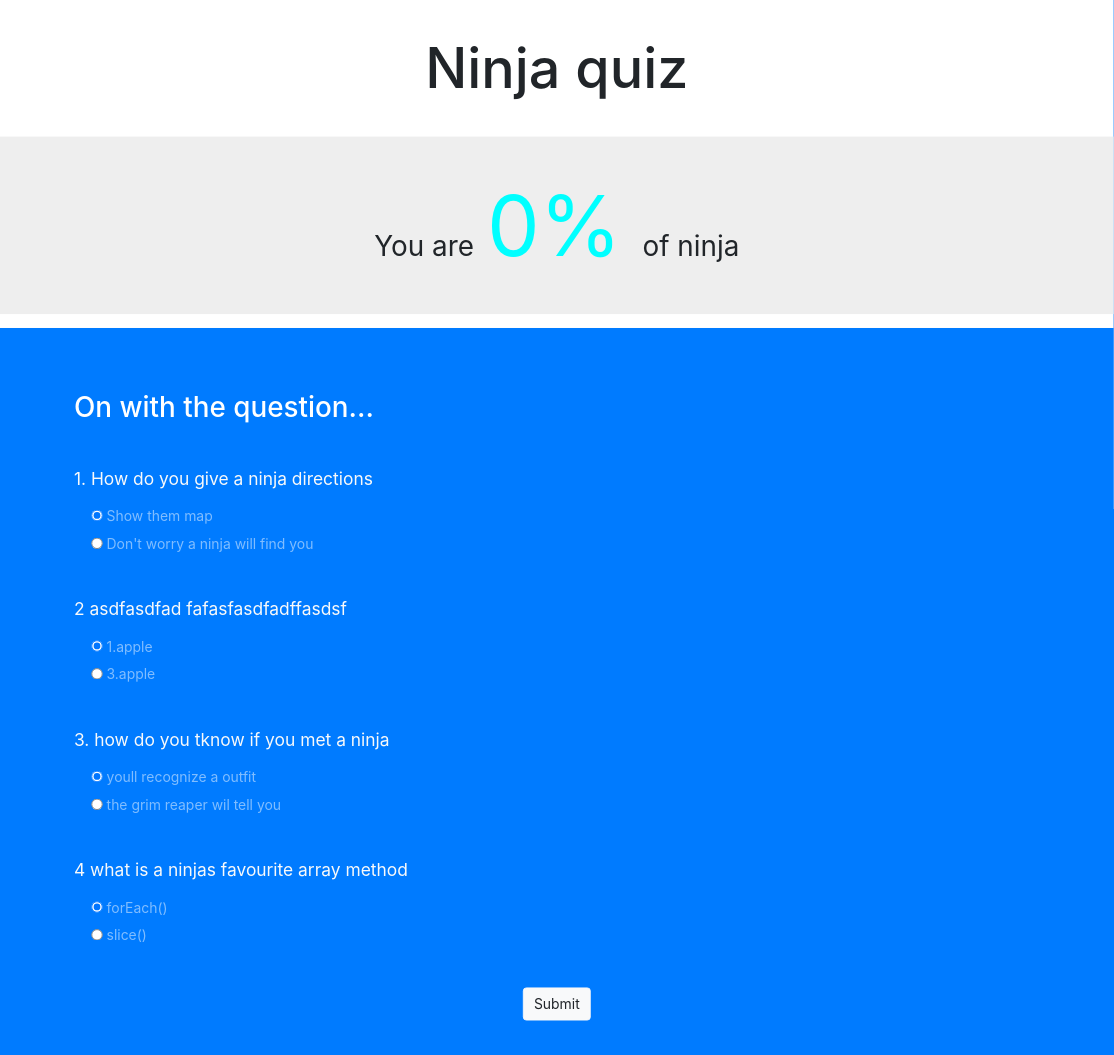
Repository: ajgors/config
Page: Nauka Js/Projekty/Quiz/index.html
An editor plug-in stored every save of this project. The page is shown before and after the next save, followed by the edit.
The browser window is 1280 px wide. The pictures show the whole page, at 87% of full size.

Above is the page before, as saved 2019-08-11 18:19:24.

### Nauka Js/Projekty/Quiz/index.html
<!DOCTYPE html>
<html lang="en">

<head>
    <meta charset="UTF-8">
    <meta name="viewport" content="width=device-width, initial-scale=1.0">
    <meta http-equiv="X-UA-Compatible" content="ie=edge">
    <title>Document</title>
    <link rel="stylesheet" href="https://stackpath.bootstrapcdn.com/bootstrap/4.3.1/css/bootstrap.min.css"
        integrity="sha384-ggOyR0iXCbMQv3Xipma34MD+dH/1fQ784/j6cY/iJTQUOhcWr7x9JvoRxT2MZw1T" crossorigin="anonymous">
        <link rel="stylesheet" href="css.css">
</head>

<body>
    <!-- Header -->
    <!-- <div class="intro py-3 bg-white text-center">
        <div class="container">
            <h2 class="text-primary display-3 my-4">Ninja Quiz</h2>
        </div>
    </div> -->

    <header class="header">
        <h1 class="header__title">Ninja quiz</h1>
    </header>

    <!-- Result -->
    <!-- <div class="result py-4 d-none bg-light text-center">
        <div class="container lead">
            <p>You are <span class="text-primary display-4 p-3">0%</span>Ninja</p>
        </div>
    </div> -->

    <div class="result">
        <p class="result__paragraph">You are<span class="result__span">0%</span> of ninja</p>
    </div>

    <!-- Form -->
    <div class="quiz py-4 bg-primary">
        <div class="container">
            <h2 class="my-5 text-white">On with the question...</h2>
            <form action="" class="quiz-form text-light">
                <div class="my-5">
                    <p class="lead font-weight-normal">1. How do you give a ninja directions</p>
                    <div class="form-check my-2 text-white-50">
                        <input type="radio" name='q1' value='A' checked>
                        <label for="" class="form-check-label">Show them map</label>
                    </div>
                    <div class="form-check my-2 text-white-50">
                        <input type="radio" name='q1' value='B'>
                        <label for="" class="form-check-label">Don't worry a ninja will find you</label>
                    </div>
                </div>
                <div class="my-5">
                    <p class="lead font-weight-normal">2 asdfasdfad fafasfasdfadffasdsf</p>
                    <div class="form-check my-2 text-white-50">
                        <input type="radio" name='q2' value='A' checked>
                        <label for="" class="form-check-label">1.apple</label>
                    </div>
                    <div class="form-check my-2 text-white-50">
                        <input type="radio" name='q2' value='B'>
                        <label for="" class="form-check-label">3.apple</label>
                    </div>
                </div>
                <div class="my-5">
                    <p class="lead font-weight-normal">3. how do you tknow if you met a ninja</p>
                    <div class="form-check my-2 text-white-50">
                        <input type="radio" name='q3' value='A' checked>
                        <label for="" class="form-check-label">youll recognize a outfit</label>
                    </div>
                    <div class="form-check my-2 text-white-50">
                        <input type="radio" name='q3' value='B'>
                        <label for="" class="form-check-label">the grim reaper wil tell you</label>
                    </div>
                </div>
                <div class="my-5">
                    <p class="lead font-weight-normal">4 what is a ninjas favourite array method</p>
                    <div class="form-check my-2 text-white-50">
                        <input type="radio" name='q4' value='A' checked>
                        <label for="" class="form-check-label">forEach()</label>
                    </div>
                    <div class="form-check my-2 text-white-50">
                        <input type="radio" name='q4' value='B'>
                        <label for="" class="form-check-label">slice()</label>
                    </div>
                </div>
                <div class="text-center">
                    <input type="submit" class='btn btn-light'>
                </div>
            </form>
        </div>


        <div class="xd">
            <p class="xd"></p>
        </div>
    </div>

    <script src="js.js"></script>
</body>

</html>

### Nauka Js/Projekty/Quiz/css.css
*{
    margin: 0;
    padding: 0;
}

.header__title{
    text-align: center;
    margin:  40px auto;
    font-size: 4em;
}

.result{
    background-color: #eee;
}
.result__paragraph{
    text-align: center;
    padding: 30px;
    font-size: 2em
}
.result__span{
    font-size: 3em;
    padding: 15px;
    color: aqua;
}

### Nauka Js/Projekty/Quiz/js.js




const form = document.querySelector('.quiz-form');
const result = document.querySelector('.result');
const correctAnswers = ['B','B','B','B'];
const spanResult = document.querySelector('span');

form.addEventListener('submit', e=>{
    e.preventDefault();

    //check answer
    let score = 0;
    const userAnswers = [form.q1.value, form.q2.value, form.q3.value, form.q4.value];

    userAnswers.forEach((answer, index) =>{
        if(answer === correctAnswers[index]){
            score += 25;
        }
    });

    scrollTo(0,0)
    result.classList.remove('d-none');
    // spanResult.textContent = `${score}%`

    let output = 0;
    const timer = setInterval(()=>{
        spanResult.textContent = `${output}%`
        if(output === score){
            clearInterval(timer);
        } else {
            output++;
        }
    })


})

After the next save:
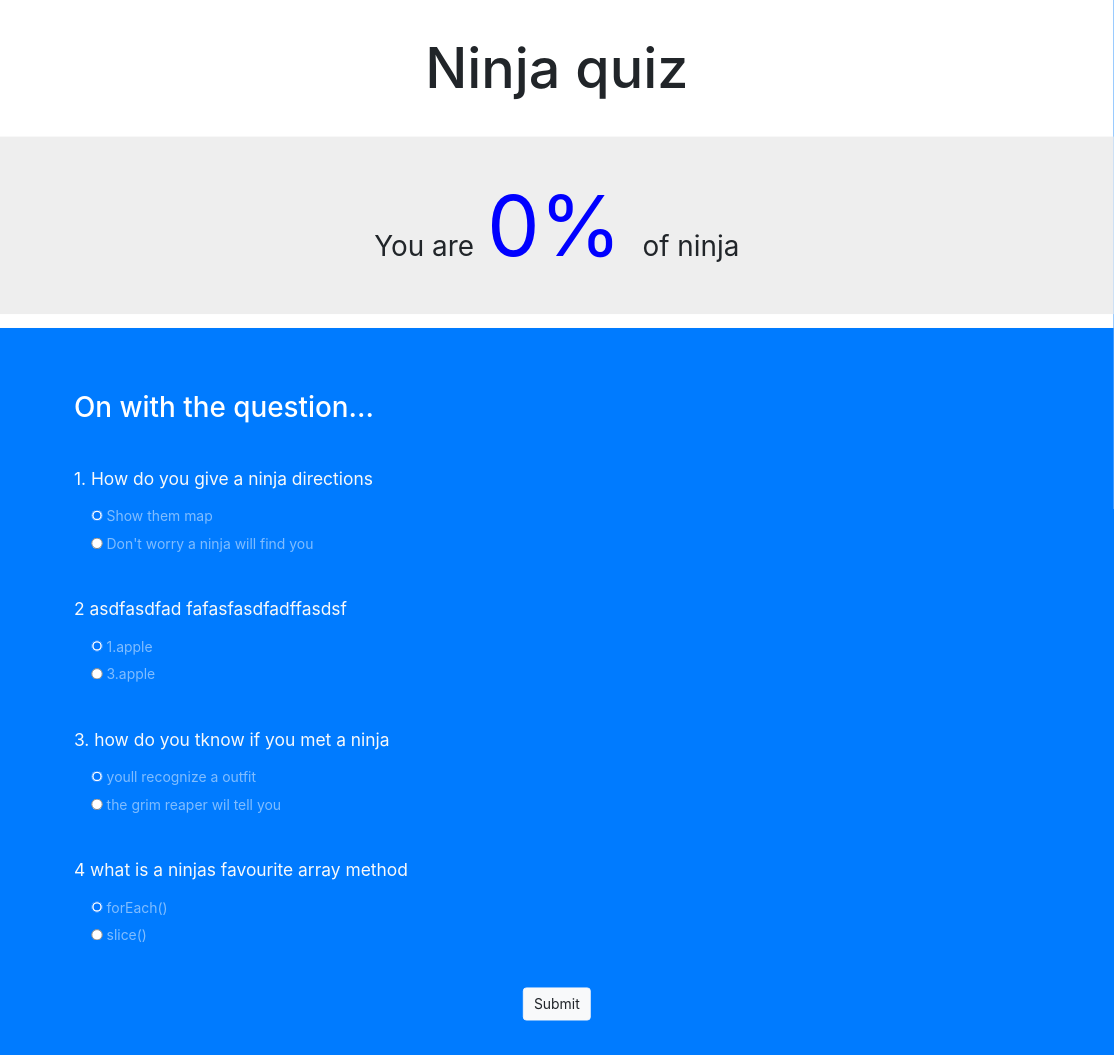
Saved 6 s later.
--- a/Nauka Js/Projekty/Quiz/css.css
+++ b/Nauka Js/Projekty/Quiz/css.css
@@ -20,5 +20,5 @@
 .result__span{
     font-size: 3em;
     padding: 15px;
-    color: aqua;
+    color: blue;
 }
